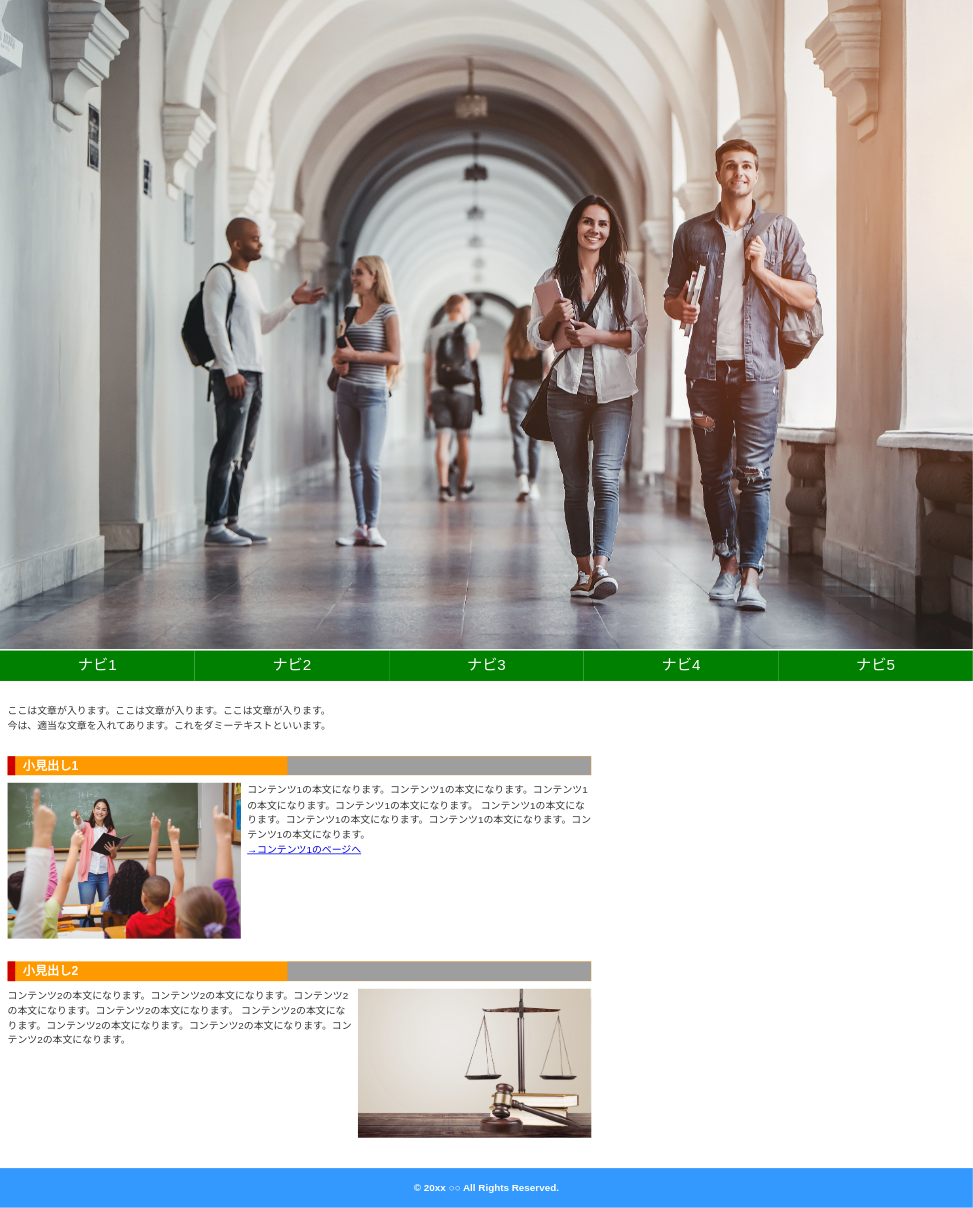
Repository: T-Ohchi/samurai_HTML-CSS
Page: home.html
The author's editor kept a record of every edit. The page is drawn from the files as they stood at one moment, then again after the next edit.
The browser window is 1280 px wide. The pictures show the whole page, at 76% of full size.
Pictures or frames that could not be fetched are drawn as grey boxes.

Above is the page before.

### home.html
<!DOCTYPE html>
<html lang="ja">
<head>
    <meta charset="UTF-8">
    <title>HTML/CSSの学習</title>
    <link rel="stylesheet" href="stylesheet.css">
</head>
<body>
        <div id="header">
            <h1><a href="index.html"><img id="corridor" src="images/corridor.jpg" alt="大学の廊下" /></a></h1>
        </div>
        <div id="wrapper">
            <div id="nav">
                <ul>
                    <li><a href="home.html">ナビ1</a></li>
                    <li><a href="#">ナビ2</a></li>
                    <li><a href="#">ナビ3</a></li>
                    <li><a href="#">ナビ4</a></li>
                    <li><a href="#">ナビ5</a></li>
                </ul>
            </div>
            <div id="container">
                <div id="main">
                    <div class="post">
                        <p>ここは文章が入ります。ここは文章が入ります。ここは文章が入ります。<br />今は、適当な文章を入れてあります。これをダミーテキストといいます。</p>
                    </div>
                    <div class="post clearfix">
                        <h2>小見出し1</h2>
                        <img class="left" src="images/classroom.jpg" alt="授業風景" />
                        <p>
                            コンテンツ1の本文になります。コンテンツ1の本文になります。コンテンツ1の本文になります。コンテンツ1の本文になります。
                            コンテンツ1の本文になります。コンテンツ1の本文になります。コンテンツ1の本文になります。コンテンツ1の本文になります。
                        </p>
                        <p><a href="#">→コンテンツ1のページへ</a></p>
                    </div>
                    <div class="post clearfix">
                        <h2>小見出し2</h2>
                        <img class="right" src="images/scale.jpg" alt="天秤" />
                        <p>
                            コンテンツ2の本文になります。コンテンツ2の本文になります。コンテンツ2の本文になります。コンテンツ2の本文になります。
                            コンテンツ2の本文になります。コンテンツ2の本文になります。コンテンツ2の本文になります。コンテンツ2の本文になります。
                        </p>
                    </div>
                </div>
            </div>
        </div>
        <div id="footer">
            <p>&copy; 20xx ○○ All Rights Reserved.</p>
        </div>
</body>
</html>

### stylesheet.css
@charset "utf-8";

body {
	margin: 0;
	padding: 0;
	font-family: "ヒラギノ角ゴ Pro W3", "Hiragino Kaku Gothic Pro", "メイリオ", Meiryo, Osaka, "ＭＳ Ｐゴシック", "MS PGothic", sans-serif;
	color: #333;
	font-size: 13px;
	line-height: 150%;
}

/* -------------------- wrapper -------------------- */
#wrapper {
	width: 100%;
	margin: auto;
	padding: 0px;
	border: 0px;
	background-color: #FFF;
	top: 10px;
}
 /* -------------------- header -------------------- */
 #header {
 	width: 100%;
 }
 #header h1 {
 	 margin: 0;
	 padding: 0;
 }

 #corridor {
	 width: 100%;
	 height: auto;
 }

 /* -------------------- footer -------------------- */
 #footer {
 	 clear: both;
 	 width: 100%;
 	 padding: 3px 0 3px 0;
 	 background: #39F;
 	 color: #FFF;
 	 font-weight: bold;
 	 text-align: center;
 }

  /* -------------------- nav -------------------- */
 #nav {
	 width: 100%;
 }
 #nav ul {
	 margin: 0;
	 padding: 0;
	 list-style-type: none;
 }
 #nav ul li {
	 float: left;
	 width: 20%;
	 text-align: center;
 }
 #nav ul li a {
	 display: block;
	 height: 20px;
	 margin: 0;
	 padding: 10px;
	 color: #FFF;
	 font-size: 20px;
	 text-decoration: none;
	 background-color: green;
 }

 /* -------------------- container -------------------- */
 #container {
	 width: 100%;
	 margin: auto ;
	 padding: auto;
	 padding-top: 20px;
	 clear: both;
 }
 /* -------------------- main -------------------- */
 #main {
	 float: left;
	 width: 60%;
	 padding: 10px 30px 10px 10px;
 }
 #main h2 {
	 margin: 0 0 10px 0;
	 padding: 3px 10px 3px 10px;
	 color: #FFF;
	 font-size: 16px;
	 border-left: solid 10px #C00;
	 background: #F90 url(../images/main_h2.jpg) right top repeat-y;
 }
 #main p {
	 margin: 0;
	 padding: 0;
 }
 #main .post {
	 margin: 0 0 30px 0;
 }

 #main .post img.right {
	 margin: 0 0 0 8px;
 }
 #main .post img.left {
	 margin: 0 8px 0 0;
 }

 .right {
	 float: right;
	 width: 40%;
	 height: auto;
 }
 .left {
	 float: left;
	 width: 40%;
	 height: auto;
 }

 /* -------------------- clearfix -------------------- */
 .clearfix {
	 zoom: 1;
 }
 .clearfix:after{
	 content: "";
	 display: block;
	 clear: both;
 }


 /* -------------------- side -------------------- */
 #side {
 	 float: right;
 	 width: 30%;
 	 padding: 20px;
 	 background-color: #F99;
 }
 #side .box {
 	 margin: 0 auto 30px auto;
 	 padding: 0 0 20px 0;
 	 background: url(images/side_box.png) bottom no-repeat;
 }
 #side .box h2 {
 	 margin: 0;
 	 padding: 8px;
 	 text-align: center;
 	 color: #fff;
 	 font-size: 16px;
 	 line-height: 16px;
 	 font-weight: normal;
 	 background: url(images/side_box_h2.png) center no-repeat;
 }
 #side .box .boxBody {
 	 padding: 8px;
 	 border-right: solid 1px #C36;
 	 border-bottom: solid 1px #C36;
 	 border-left: solid 1px #C36;
 	 background: #fff;
 }
 #side .box .boxBody ul {
 	 margin: 0 0 16px 0;
 	 padding: 0;
 }
 #side .box .boxBody ul li {
 	 padding: 8px 0 8px 4px;
 	 list-style: none;
 	 border-bottom: solid 1px #C36;
 }

After the next edit:
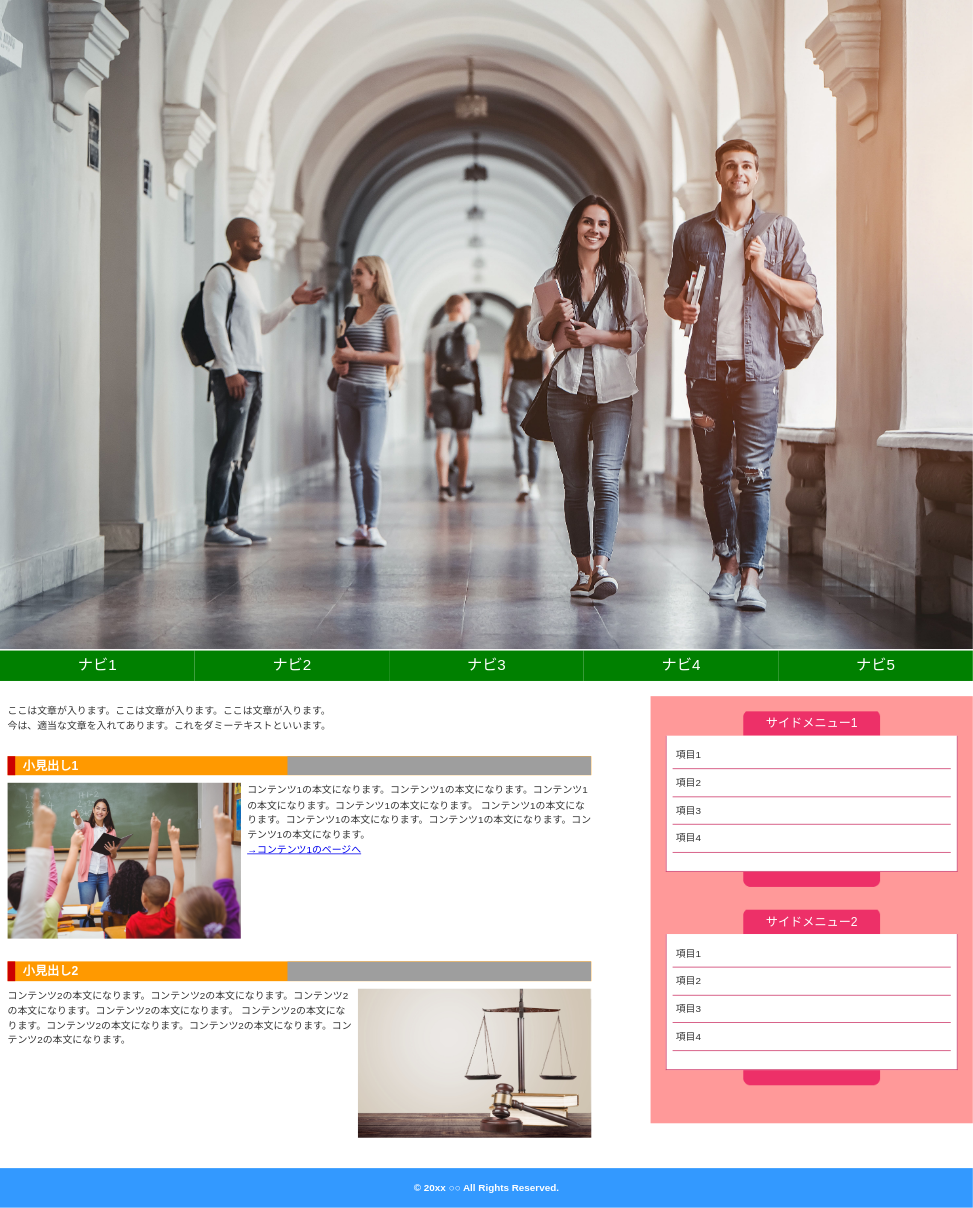
The edit:
--- a/home.html
+++ b/home.html
@@ -1,11 +1,11 @@
 <!DOCTYPE html>
 <html lang="ja">
-<head>
-    <meta charset="UTF-8">
-    <title>HTML/CSSの学習</title>
-    <link rel="stylesheet" href="stylesheet.css">
-</head>
-<body>
+    <head>
+        <meta charset="UTF-8">
+        <title>HTML/CSSの学習</title>
+        <link rel="stylesheet" href="stylesheet.css">
+    </head>
+    <body>
         <div id="header">
             <h1><a href="index.html"><img id="corridor" src="images/corridor.jpg" alt="大学の廊下" /></a></h1>
         </div>
@@ -42,10 +42,34 @@
                         </p>
                     </div>
                 </div>
+                <div id="side">
+                    <div class="box">
+                        <h2>サイドメニュー1</h2>
+                        <div class="boxBody">
+                            <ul>
+                                <li>項目1</li>
+                                <li>項目2</li>
+                                <li>項目3</li>
+                                <li>項目4</li>
+                            </ul>
+                        </div>
+                    </div>
+                    <div class="box">
+                        <h2>サイドメニュー2</h2>
+                        <div class="boxBody">
+                            <ul>
+                                <li>項目1</li>
+                                <li>項目2</li>
+                                <li>項目3</li>
+                                <li>項目4</li>
+                            </ul>
+                        </div>
+                    </div>
+                </div>
             </div>
         </div>
         <div id="footer">
             <p>&copy; 20xx ○○ All Rights Reserved.</p>
         </div>
-</body>
+    </body>
 </html>
